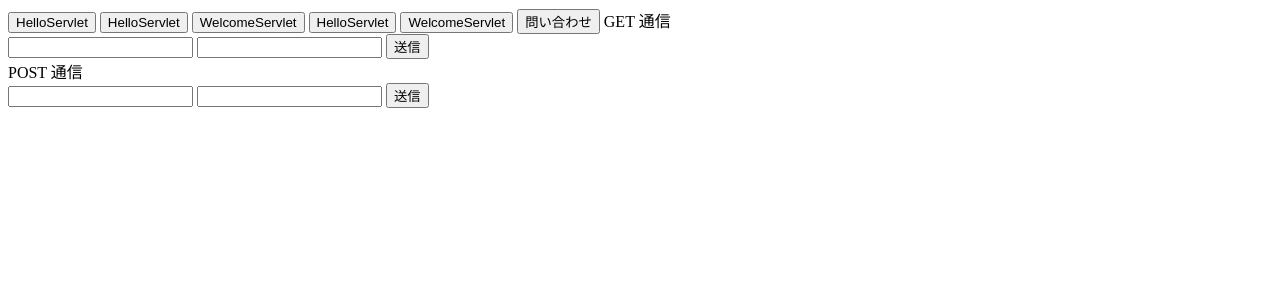
Repository: akira44441111/test
Page: http://localhost/HelloServlet/
An editor plug-in stored every save of this project. The page is shown before and after the next save, followed by the edit.
The browser window is 1280 px wide. The pictures show the whole page.
The page is served by Tomcat 9. Other server files are loaded and not shown.

Above is the page before, as saved 2018-09-26 02:25:54.

### HelloServlet/WebContent/index.jsp
<%@ page language="java" contentType="text/html; charset=UTF-8" pageEncoding="utf-8" %>

<!DOCTYPE html>
<html>
<head>
<meta charset="UTF-8">
<title>HelloServlet</title>
</head>
<body>
<input type="button" value="HelloServlet" onClick="location.href='HelloServlet'">

<input type="button" value="HelloServlet" onClick="location.href='HelloServlet'">
<input type="button" value="WelcomeServlet" onClick="location.href='welcome.jsp'">

<input type="button" value="HelloServlet" onClick="location.href='HelloServlet'">
<input type="button" value="WelcomeServlet" onClick="location.href='welcome.jsp'">
<input type="button" value="問い合わせ" onClick="location.href='inquiry.jsp'">


GET 通信
<form method="get" action="TestServlet">
<input type="text" name="username">
<input type="password" name="password">
<input type="submit" value="送信">
</form>

POST 通信
<form method="post" action="TestServlet">
<input type="text" name="username">
<input type="password" name="password">
<input type="submit" value="送信">
</form>
</body>
</html>

After the next save:
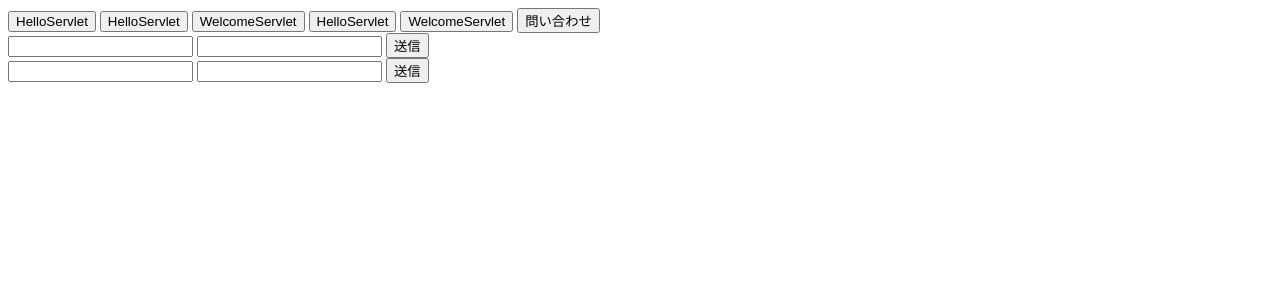
Saved 97 s later.
--- a/HelloServlet/WebContent/index.jsp
+++ b/HelloServlet/WebContent/index.jsp
@@ -17,14 +17,13 @@
 <input type="button" value="問い合わせ" onClick="location.href='inquiry.jsp'">
 
 
-GET 通信
+
 <form method="get" action="TestServlet">
 <input type="text" name="username">
 <input type="password" name="password">
 <input type="submit" value="送信">
 </form>
 
-POST 通信
 <form method="post" action="TestServlet">
 <input type="text" name="username">
 <input type="password" name="password">
